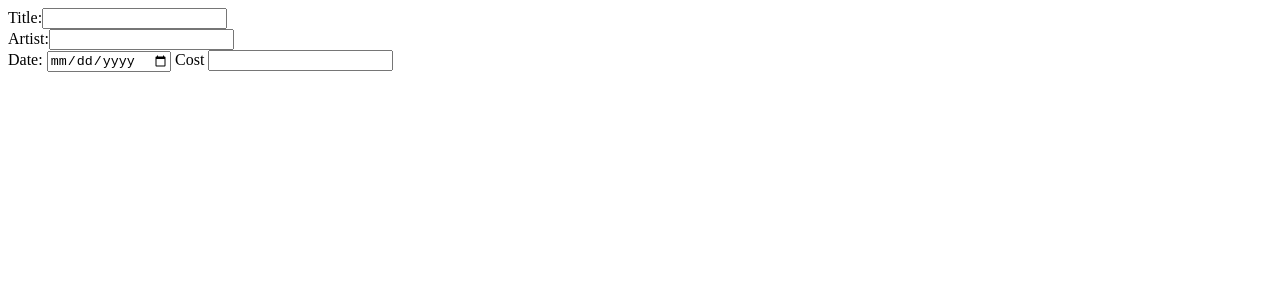
Repository: Arunkarthik13/IBM-FSD-000GGD
Page: http://localhost/SampleWebApplication1/
An editor plug-in stored every save of this project. The page is shown before and after the next save, followed by the edit.
The browser window is 1280 px wide. The pictures show the whole page.
The page is served by Tomcat 9. Other server files are loaded and not shown.

Above is the page before, as saved 2019-09-03 10:44:06.

### SampleWebApplication1/src/main/webapp/index.jsp
<%@ page language="java" contentType="text/html; charset=UTF-8"
    pageEncoding="UTF-8"%>
<!DOCTYPE html>
<html>
<head>
<meta charset="UTF-8">
<title>Insert title here</title>
</head>
<body>
Title:<input type="text" name="fname"><br/>
Artist:<input type="text" name="lname"><br/>
	<label for="date">Date:</label>
	<input id="date" name="date" required="true" type="date"/>
	<label for="cost">Cost</label>
	<input id="cost" name="cost" required="true" type="number"/>

</form>
</body>
</html>

After the next save:
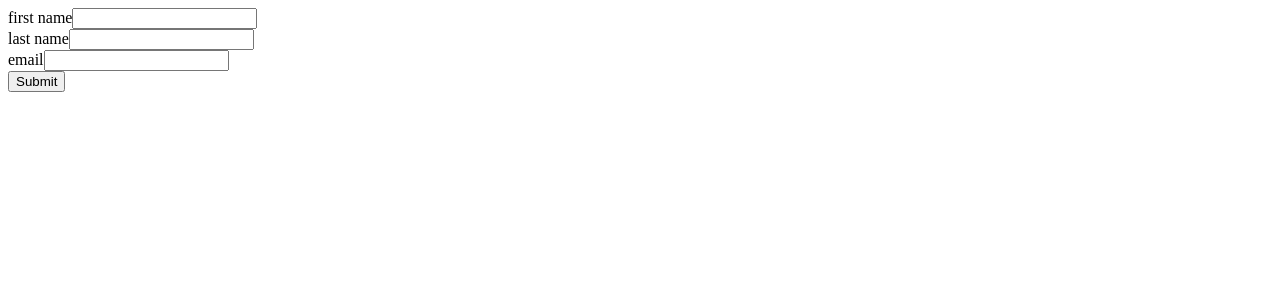
Saved 86 s later.
--- a/SampleWebApplication1/src/main/webapp/index.jsp
+++ b/SampleWebApplication1/src/main/webapp/index.jsp
@@ -7,13 +7,11 @@
 <title>Insert title here</title>
 </head>
 <body>
-Title:<input type="text" name="fname"><br/>
-Artist:<input type="text" name="lname"><br/>
-	<label for="date">Date:</label>
-	<input id="date" name="date" required="true" type="date"/>
-	<label for="cost">Cost</label>
-	<input id="cost" name="cost" required="true" type="number"/>
-
+<form action="local_cd .jsp" method="post">
+first name<input type="text" name="fname"><br/>
+last name<input type="text" name="lname"><br/>
+email<input type="text" name="email"><br/>
+<input type="submit">
 </form>
 </body>
 </html>
